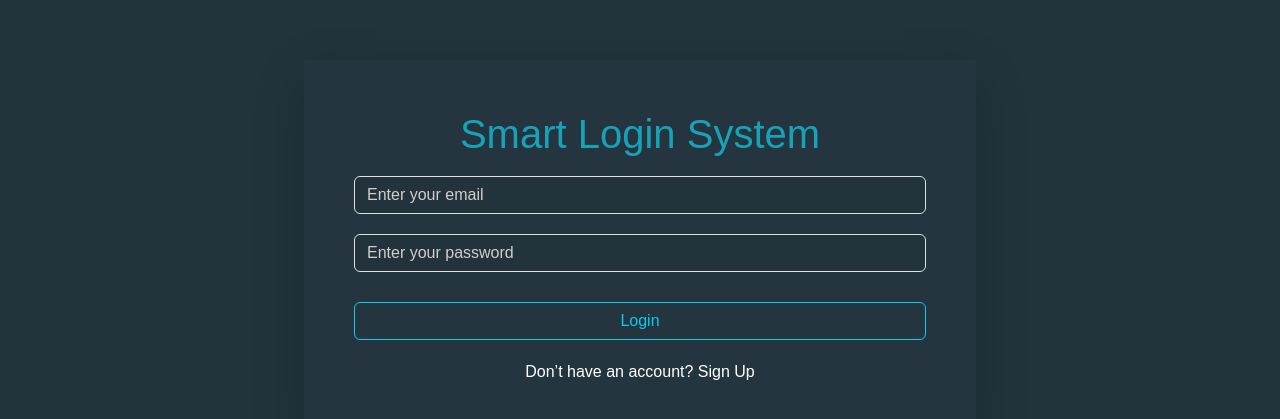
Repository: bodajava/TASK-4
Page: index.html
An editor plug-in stored every save of this project. The page is shown before and after the next save, followed by the edit.
The browser window is 1280 px wide. The pictures show the whole page.

Above is the page before, as saved 2025-06-18 19:48:21.

After the next save:
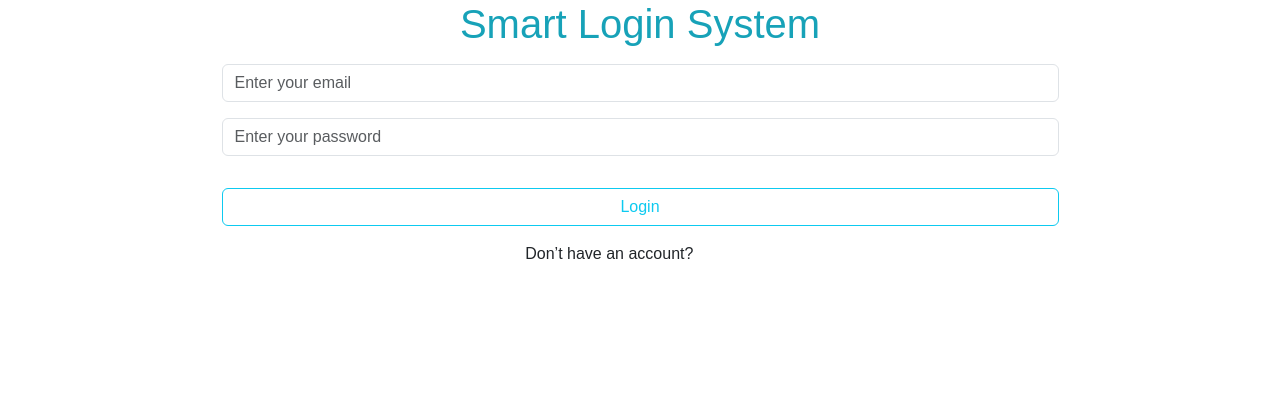
Saved 1 s later.
--- a/index.html
+++ b/index.html
@@ -8,37 +8,31 @@
     <meta name="viewport" content="width=device-width, initial-scale=1.0" />
     <title>Document</title>
   </head>
-  <body class="bg-22333c">
-    <div class="smart-app">
-      <div class="login shadow-lg">
-        <h1 class="text-capitalize">smart login system</h1>
-        <div action="" class="form d-flex flex-column" onsubmit="onload()">
-          <input
-            class="border border-1 rounded-2"
-            type="email"
-            id="signEmail"
-            placeholder="Enter your email"
-          />
-          <input
-            class="border border-1 rounded-2"
-            type="password"
-            id="signPass"
-            placeholder="Enter your password"
-          />
-          <div id="result-sign">
-            <span></span>
-          </div>
-          <button
-            id="submit"
-            onclick="searchUser()"
-            class="btn btn-outline-info text-decoration-none"
-          >
-            Login
-          </button>
-          <label for="">
-            Don’t have an account? <a href="scoundIndex.html">Sign Up</a></label
-          >
-        </div>
+  <body>
+    <div id="item" class="container text-center">
+      <div id="item2" class="m-auto w-75">
+        <h1>Smart Login System</h1>
+        <input
+          type="text"
+          class="form-control my-3"
+          placeholder="Enter your email"
+          id="signinEmail"
+        />
+        <input
+          type="password"
+          class="form-control my-3"
+          placeholder="Enter your password"
+          id="signinPassword"
+        />
+
+        <a class="btnn btn btn-outline-info w-100 my-3" href="theerdIndex.html"
+          >Login</a
+        >
+
+        <p class="paragraph">
+          Don’t have an account?
+          <a class="anchor" href="scoundIndex.html">Sign Up</a>
+        </p>
       </div>
     </div>
 
